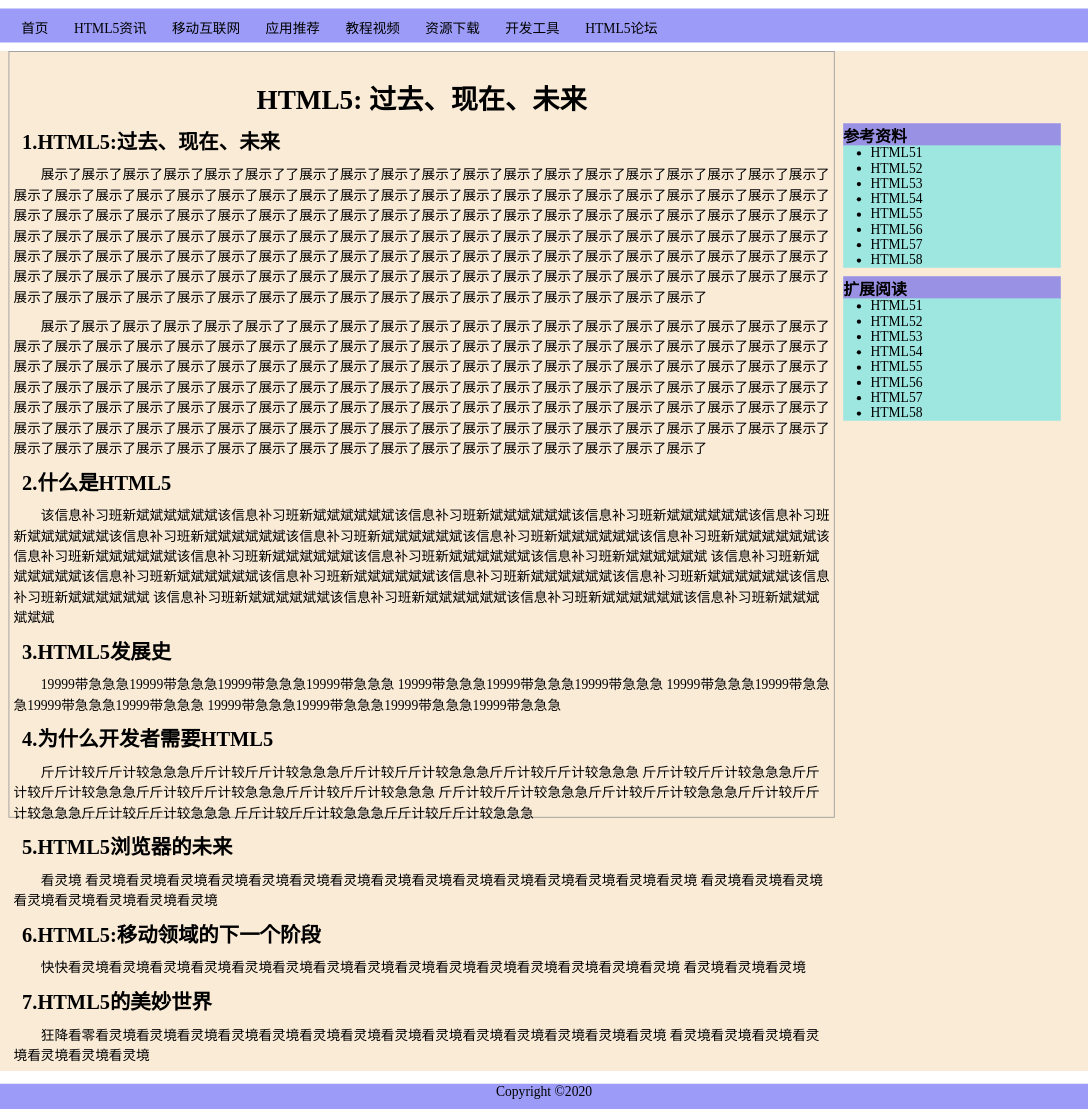
Repository: LstHeart/html-learning
Page: css/案例作业2.html
The author's editor kept a copy of each file at every save. The page is drawn from the files as they stood at one save, then again after the next save.
The browser window is 1280 px wide. The pictures show the whole page, at 85% of full size.

Above is the page before, as saved 2021-01-05 23:13:34.

### css/案例作业2.html
<!DOCTYPE html>
<html lang="en">
<head>
    <meta charset="UTF-8">
    <meta name="viewport" content="width=device-width, initial-scale=1.0">
    <title>HTML5</title>
    <link rel="stylesheet" href="html5.css">
</head>
<body>
    <div class="header">
        <ul class="head-ul">
            <li>首页</li>
            <li>HTML5资讯</li>
            <li>移动互联网</li>
            <li>应用推荐</li>
            <li>教程视频</li>
            <li>资源下载</li>
            <li>开发工具</li>
            <li>HTML5论坛</li>
        </ul>
    </div>
    <div class="content">

        <div class="leftside">
            <h1>HTML5: 过去、现在、未来</h1>
            <h2 class="position">1.HTML5:过去、现在、未来</h2>
            <p>展示了展示了展示了展示了展示了展示了了展示了展示了展示了展示了展示了展示了展示了展示了展示了展示了展示了展示了展示了展示了展示了展示了展示了展示了展示了展示了展示了展示了展示了展示了展示了展示了展示了展示了展示了展示了展示了展示了展示了展示了展示了展示了展示了展示了展示了展示了展示了展示了展示了展示了展示了展示了展示了展示了展示了展示了展示了展示了展示了展示了展示了展示了展示了展示了展示了展示了展示了展示了展示了展示了展示了展示了展示了展示了展示了展示了展示了展示了展示了展示了展示了展示了展示了展示了展示了展示了展示了展示了展示了展示了展示了展示了展示了展示了展示了展示了展示了展示了展示了展示了展示了展示了展示了展示了展示了展示了展示了展示了展示了展示了展示了展示了展示了展示了展示了展示了展示了展示了展示了展示了展示了展示了展示了展示了展示了展示了展示了展示了展示了展示了展示了展示了展示了展示了展示了展示了</p>
            <p>展示了展示了展示了展示了展示了展示了了展示了展示了展示了展示了展示了展示了展示了展示了展示了展示了展示了展示了展示了展示了展示了展示了展示了展示了展示了展示了展示了展示了展示了展示了展示了展示了展示了展示了展示了展示了展示了展示了展示了展示了展示了展示了展示了展示了展示了展示了展示了展示了展示了展示了展示了展示了展示了展示了展示了展示了展示了展示了展示了展示了展示了展示了展示了展示了展示了展示了展示了展示了展示了展示了展示了展示了展示了展示了展示了展示了展示了展示了展示了展示了展示了展示了展示了展示了展示了展示了展示了展示了展示了展示了展示了展示了展示了展示了展示了展示了展示了展示了展示了展示了展示了展示了展示了展示了展示了展示了展示了展示了展示了展示了展示了展示了展示了展示了展示了展示了展示了展示了展示了展示了展示了展示了展示了展示了展示了展示了展示了展示了展示了展示了展示了展示了展示了展示了展示了展示了</p>
            <h2>2.什么是HTML5</h2>
            <p>该信息补习班新斌斌斌斌斌斌该信息补习班新斌斌斌斌斌斌该信息补习班新斌斌斌斌斌斌该信息补习班新斌斌斌斌斌斌该信息补习班新斌斌斌斌斌斌该信息补习班新斌斌斌斌斌斌该信息补习班新斌斌斌斌斌斌该信息补习班新斌斌斌斌斌斌该信息补习班新斌斌斌斌斌斌该信息补习班新斌斌斌斌斌斌该信息补习班新斌斌斌斌斌斌该信息补习班新斌斌斌斌斌斌该信息补习班新斌斌斌斌斌斌
                该信息补习班新斌斌斌斌斌斌该信息补习班新斌斌斌斌斌斌该信息补习班新斌斌斌斌斌斌该信息补习班新斌斌斌斌斌斌该信息补习班新斌斌斌斌斌斌该信息补习班新斌斌斌斌斌斌
                该信息补习班新斌斌斌斌斌斌该信息补习班新斌斌斌斌斌斌该信息补习班新斌斌斌斌斌斌该信息补习班新斌斌斌斌斌斌
            </p>
            <h2>3.HTML5发展史</h2>
            <p>19999带急急急19999带急急急19999带急急急19999带急急急
                19999带急急急19999带急急急19999带急急急
                19999带急急急19999带急急急19999带急急急19999带急急急
                19999带急急急19999带急急急19999带急急急19999带急急急
            </p>
            <h2>4.为什么开发者需要HTML5</h2>
            <p>斤斤计较斤斤计较急急急斤斤计较斤斤计较急急急斤斤计较斤斤计较急急急斤斤计较斤斤计较急急急
                斤斤计较斤斤计较急急急斤斤计较斤斤计较急急急斤斤计较斤斤计较急急急斤斤计较斤斤计较急急急
                斤斤计较斤斤计较急急急斤斤计较斤斤计较急急急斤斤计较斤斤计较急急急斤斤计较斤斤计较急急急
                斤斤计较斤斤计较急急急斤斤计较斤斤计较急急急
            </p>
            <h2>5.HTML5浏览器的未来</h2>
            <p>看灵境
                看灵境看灵境看灵境看灵境看灵境看灵境看灵境看灵境看灵境看灵境看灵境看灵境看灵境看灵境看灵境
                看灵境看灵境看灵境看灵境看灵境看灵境看灵境看灵境
            </p>
            <h2>6.HTML5:移动领域的下一个阶段</h2>
            <p>快快看灵境看灵境看灵境看灵境看灵境看灵境看灵境看灵境看灵境看灵境看灵境看灵境看灵境看灵境看灵境
                看灵境看灵境看灵境
            </p>
            <h2>7.HTML5的美妙世界</h2>
            <p>狂降看零看灵境看灵境看灵境看灵境看灵境看灵境看灵境看灵境看灵境看灵境看灵境看灵境看灵境看灵境
                看灵境看灵境看灵境看灵境看灵境看灵境看灵境
            </p>
        </div>
        <div class="rightside">
            <h3>参考资料</h3>
            <ul>
                <li>HTML51</li>
                <li>HTML52</li>
                <li>HTML53</li>
                <li>HTML54</li>
                <li>HTML55</li>
                <li>HTML56</li>
                <li>HTML57</li>
                <li>HTML58</li>
            </ul>
            <h3>扩展阅读</h3>
            <ul>
                <li>HTML51</li>
                <li>HTML52</li>
                <li>HTML53</li>
                <li>HTML54</li>
                <li>HTML55</li>
                <li>HTML56</li>
                <li>HTML57</li>
                <li>HTML58</li>
            </ul>
        </div>
    </div>
    <div class="footer">
        Copyright &copy;2020
    </div>
</body>
</html>

### css/html5.css
*{
    padding: 0;
    margin: 0;
}
li{
    list-style: none;
}
a{
    text-decoration: none;
}
.header{
    padding-bottom:10px;
}
 .head-ul{
    /* margin: 10px auto; */
    padding-left: 10px;
    padding-bottom: 10px;
    /* background-color: rgb(248, 4, 4); */
    position: absolute;
    overflow: hidden;
}
.header,.footer{
    height: 30px;
    background-color: #3b3bf180;
    margin: 10px auto;
    text-align: center;
}
.header li{
    float: left;
    margin:10px 15px;

}
.content{
    background-color:antiquewhite;
    height: 1200px;
    margin: 10px auto;

    overflow: hidden;
    /* overflow-wrap: break-word; */
}
.content h1{
    text-align: center;
    font-family: '黑体';
    margin-top: 30px;
    margin-bottom: 10px;

}
.leftside .position{
    /* position: absolute; */
    padding-left: 10px;
}
.content .leftside,.rightside{
    float: left;
    height: 900px;
    /* width: 400px; */
    /* padding: 0 20px; */
}
.content .leftside{
    width: 75%;
    margin: 0 10px;
    padding: 0 5px;
    border: 1px solid rgb(151, 151, 151);
}
.content .rightside{
    position: relative;
    margin-top:85px;
    width: 20%;
}
.content h2{
    /* border:#5a5ac2 1px solid; */
    padding-left: 10px;
}
.content p{
    font-family: '楷体';
    text-indent: 2em;
    margin: 10px 0;
    /* line-height: 1; */
}
.content h3{
    font-family: '黑体';
    /* border: 1px solid #ffffff; */
    background-color: #3b3bf180;
}
.content ul{
    background-color: #9ee7e1;
    /* margin:0 10px 0; */
    /* border: 1px solid rgb(151, 151, 151); */
    margin-top: -1px;
    margin-bottom: 10px;
}
.content ul li{
    list-style:disc;
    margin-left: 2em;
}
.footer{
    margin: 15px 0 auto;
    /* padding: px auto; */
}

After the next save:
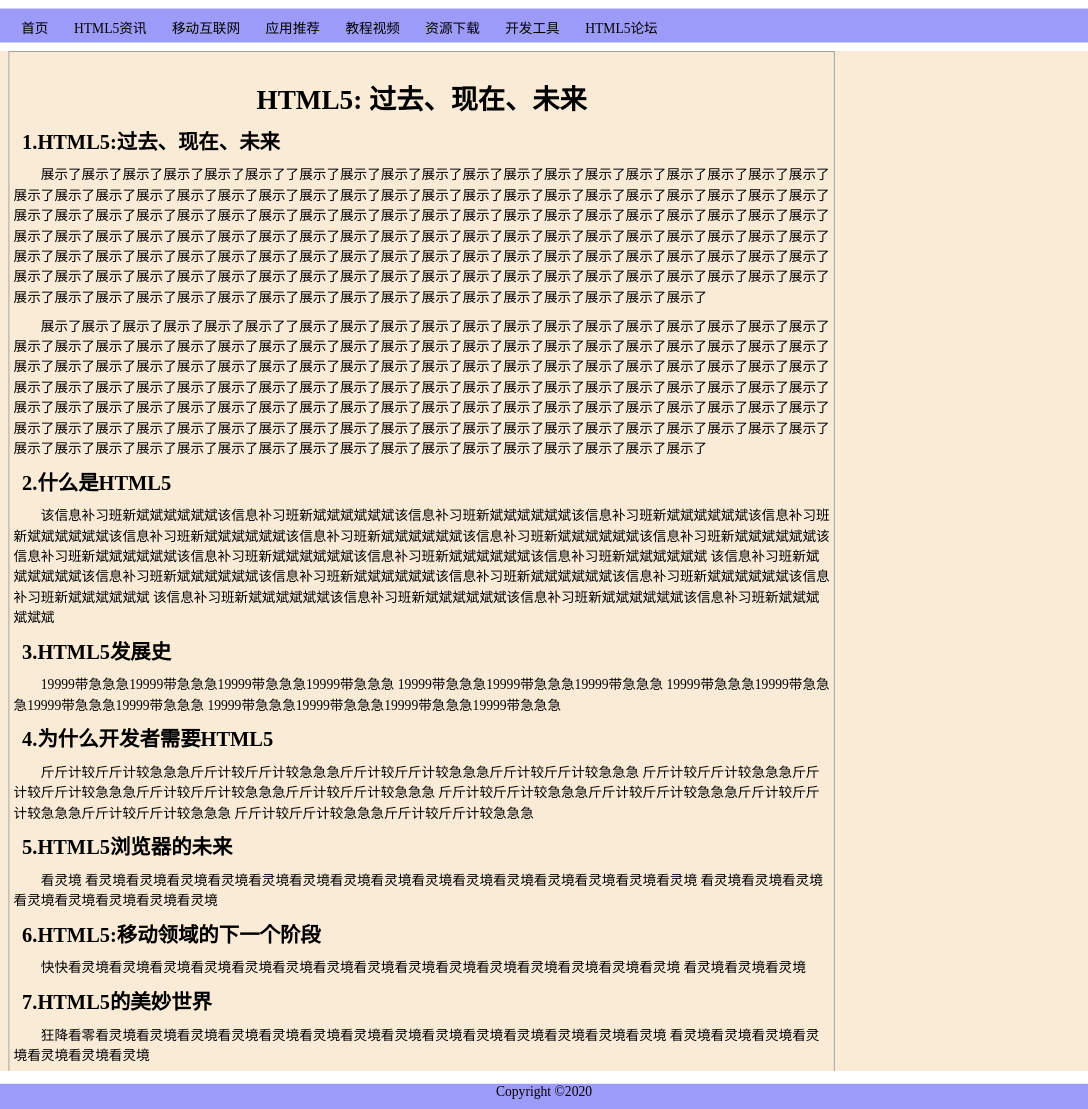
Saved 24 s later.
--- a/css/html5.css
+++ b/css/html5.css
@@ -45,10 +45,10 @@
     margin-bottom: 10px;
 
 }
-.leftside .position{
+/* .leftside .position{
     /* position: absolute; */
     padding-left: 10px;
-}
+} */
 .content .leftside,.rightside{
     float: left;
     height: 900px;

After the save that followed:
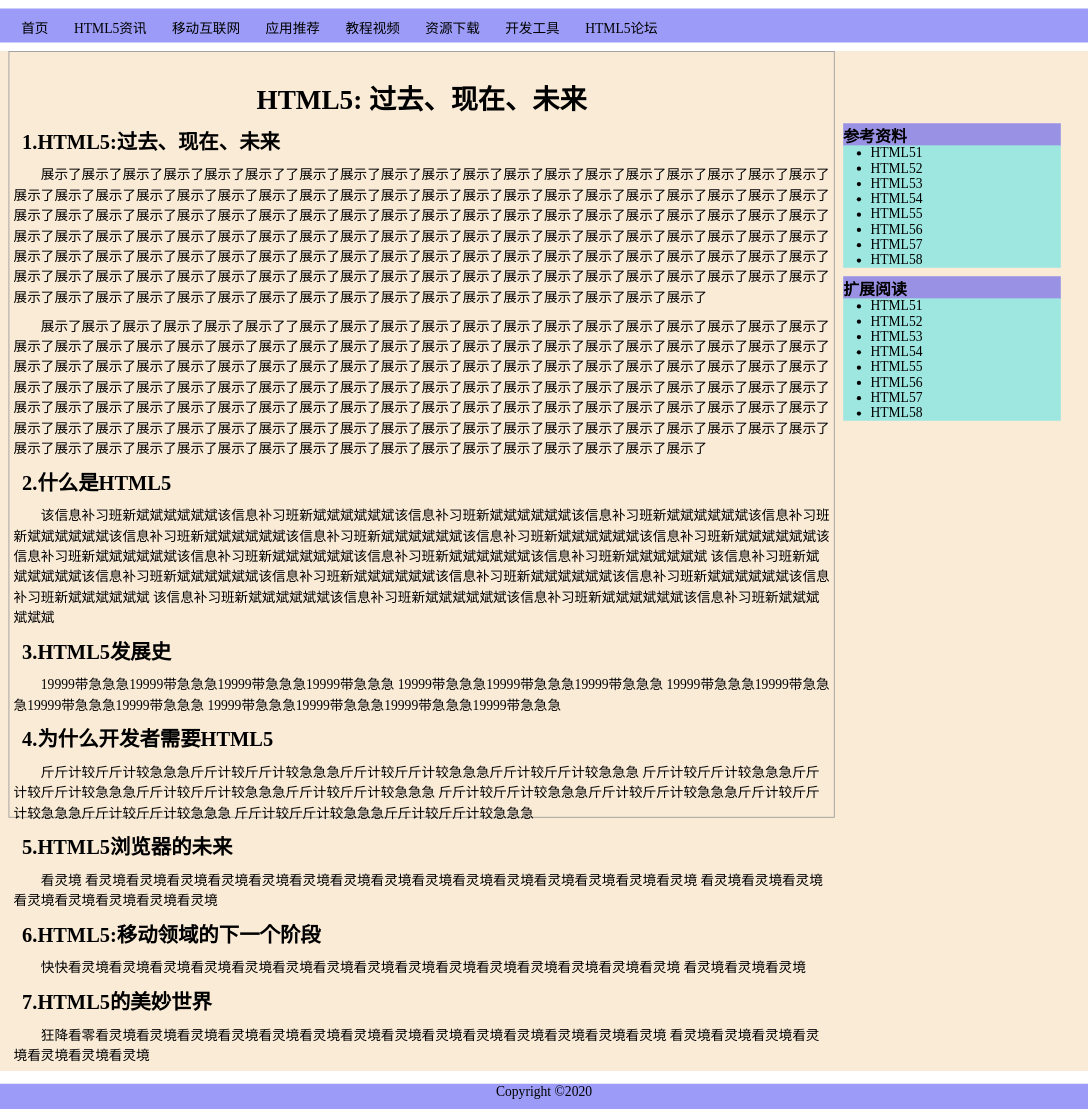
Saved 27 s later.
--- a/css/html5.css
+++ b/css/html5.css
@@ -46,7 +46,6 @@
 
 }
 /* .leftside .position{
-    /* position: absolute; */
     padding-left: 10px;
 } */
 .content .leftside,.rightside{
